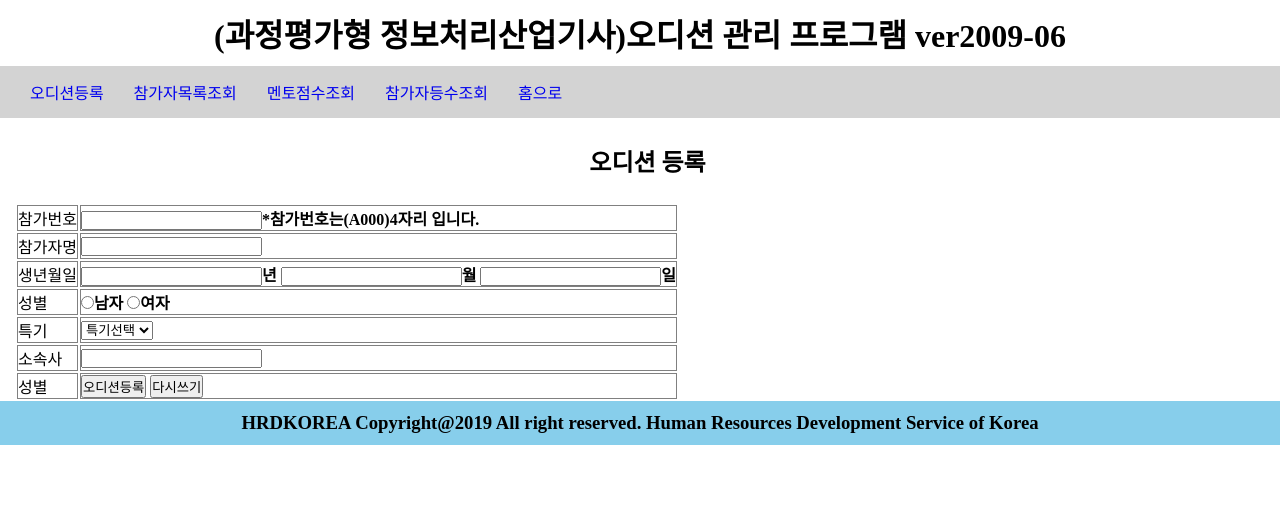
Repository: chyun94/JSP-
Page: http://localhost/Kingdom/insert.jsp
An editor plug-in stored every save of this project. The page is shown before and after a run of saves, followed by the edit.
The browser window is 1280 px wide. The pictures show the whole page.
The page is served by Tomcat 9. Other server files are loaded and not shown.

Above is the page before, as saved 2021-05-09 12:48:47.

### Kingdom/WebContent/insert.jsp
<%@ page language="java" contentType="text/html; charset=UTF-8"
    pageEncoding="UTF-8"%>
<!DOCTYPE html>
<html>
<head>
<meta charset="UTF-8">
<title>Insert title here</title>
<style>
*{margin: 0%;padding: 0%}

.header ul,li,a{
list-style: none;
text-decoration: none;
float: left;
padding-left: 15px;
padding-bottom: 0 20px;
text-align: center;
}
.nav{
padding: 14px 0px; overflow: hidden;
background-color: lightgray;
}
.subject table{
width: 600px;
margin: 0 auto;
}
.subject table,th,td{
border: 1px solid gray;
text-align: left;
}

.footer{
text-align: center; background: skyblue; padding: 11px;
}
</style>
</head>
<body>
<div>
	<header>
		<h1 style="text-align: center; padding: 10px">(과정평가형 정보처리산업기사)오디션 관리 프로그램 ver2009-06</h1>
		<nav class="nav">
		<ul>
			<li><a href="insert.jsp">오디션등록</a></li>
			<li><a href="list.jsp">참가자목록조회</a></li>
			<li><a href="mentolist.jsp">멘토점수조회</a></li>
			<li><a href="ranking.jsp">참가자등수조회</a></li>
			<li><a href="index.jsp">홈으로</a></li>
		</ul>
		</nav>
	</header>
</div>

<div style="padding-left: 15px; text-align: center;">
	<section>
		<h2 style="text-align: center; padding: 25px;">오디션 등록</h2>
		<form action="insert_pro.jsp" method="post" name="frm">

		<table class="subject" style="text-align: center;">
			<tr>
				<td>참가번호</td>
				<th>
					<input type="text"maxlength="4">*참가번호는(A000)4자리 입니다.
				</th>
			</tr>
			<tr>
				<td>참가자명</td>
				<th>
					<input type="text">
				</th>
			</tr>
			<tr>
				<td>생년월일</td>
				<th>
					<input type="text">년
					<input type="text">월
					<input type="text">일
				</th>
			</tr>
			<tr>
				<td>성별</td>
				<th>
					<input type="radio" name="gender" value="M">남자
					<input type="radio" name="gender" value="F">여자
				</th>
			</tr>
			<tr>
				<td>특기</td>
				<th>
					<select>
						<option>특기선택</option>
						<option value="1">댄스</option>
						<option value="2">노래</option>
						<option value="3">랩</option>
					</select>
				</th>
			</tr>
			<tr>
				<td>소속사</td>
				<th>
					<input type="text" name="">
				</th>
			</tr>
			<tr>
				<td>성별</td>
				<th>
					<input type="button" onclick="send()" value="오디션등록">
					<input type="button" onclick="re()" value="다시쓰기">
				</th>
			</tr>
		</table>
		</form>
	</section>
</div>

<div>
	<footer>
		<div class="footer">
			<h3 style="text-align: center;">
			HRDKOREA Copyright@2019 All right reserved. Human Resources Development Service of Korea
			</h3>
		</div>
	</footer>
</div>
</body>
</html>

After the next 2 saves:
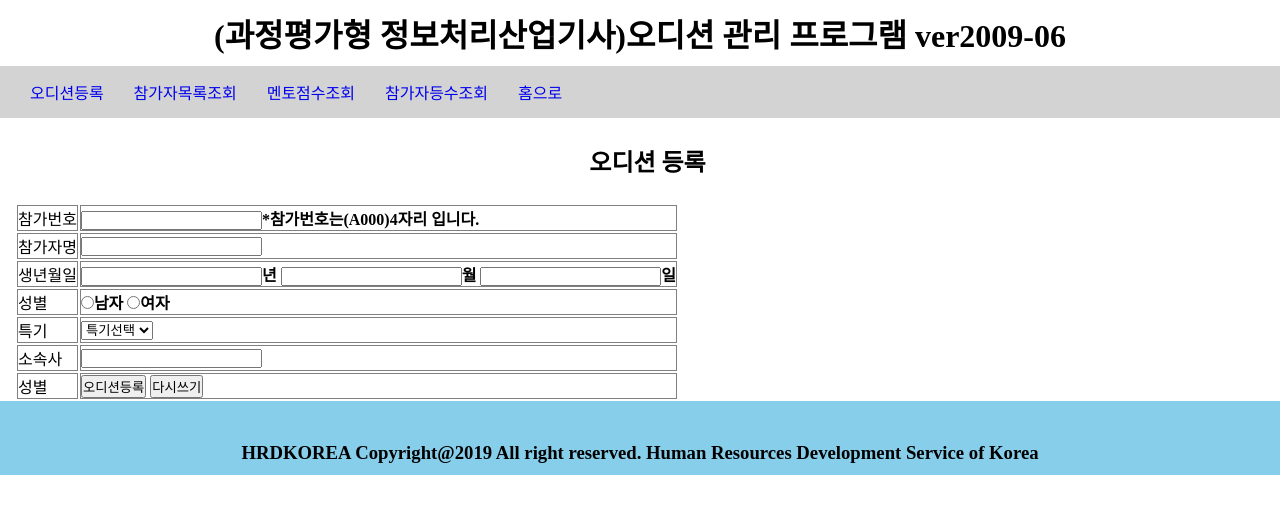
The 2 saves are shown as one change because they came seconds apart.
The last was saved 44 s later.
--- a/Kingdom/WebContent/insert.jsp
+++ b/Kingdom/WebContent/insert.jsp
@@ -115,7 +115,7 @@
 <div>
 	<footer>
 		<div class="footer">
-			<h3 style="text-align: center;">
+			<h3 style="text-align: center; padding-top:30px; " >
 			HRDKOREA Copyright@2019 All right reserved. Human Resources Development Service of Korea
 			</h3>
 		</div>

After the save that followed:
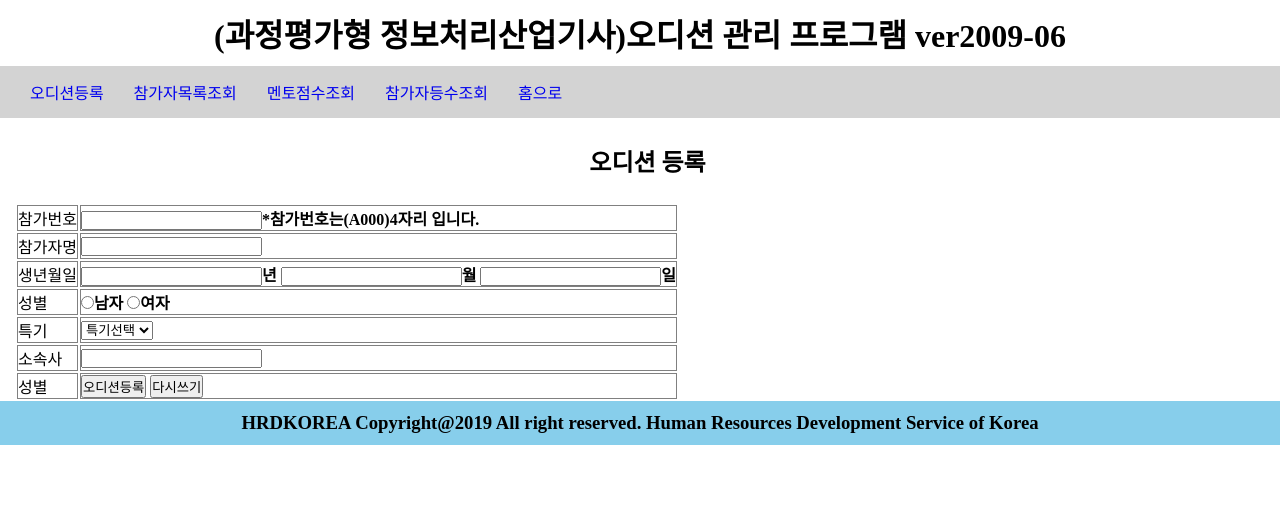
Saved 8 s later.
--- a/Kingdom/WebContent/insert.jsp
+++ b/Kingdom/WebContent/insert.jsp
@@ -115,7 +115,7 @@
 <div>
 	<footer>
 		<div class="footer">
-			<h3 style="text-align: center; padding-top:30px; " >
+			<h3 style="text-align: center;" >
 			HRDKOREA Copyright@2019 All right reserved. Human Resources Development Service of Korea
 			</h3>
 		</div>
